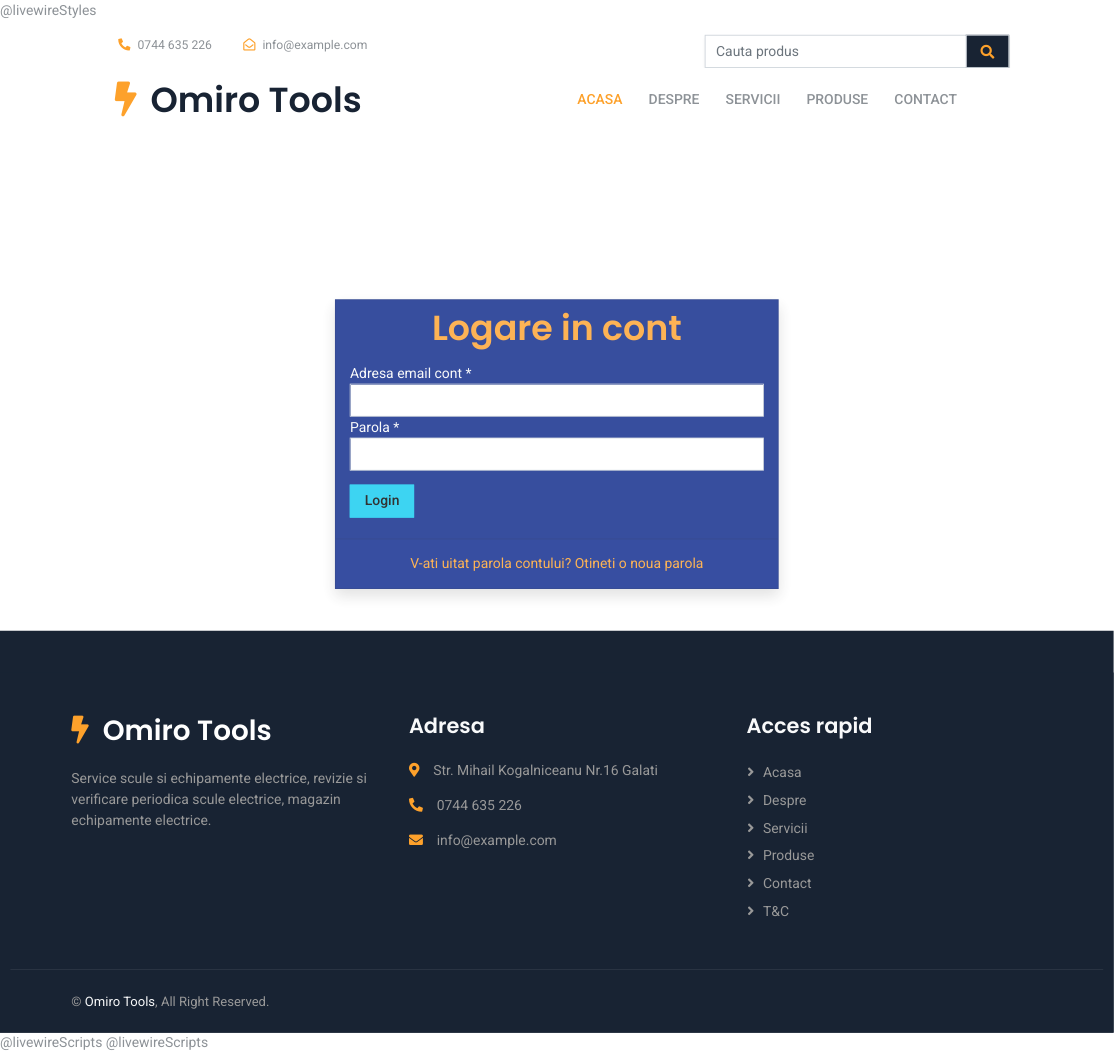
Repository: sorina0109/laravel_test
Page: http://localhost/login
These files come from the project's save history. The page is drawn as it stood at one moment and after the next save; the edit follows.
The browser window is 1280 px wide. The pictures show the whole page, at 87% of full size.
Some web libraries are served in a nearby version. The page is served by the project's Laravel application, run on PHP 8.4 with Laravel 10.

Above is the page before, as saved 2023-08-15 14:53:50.

After the next save:
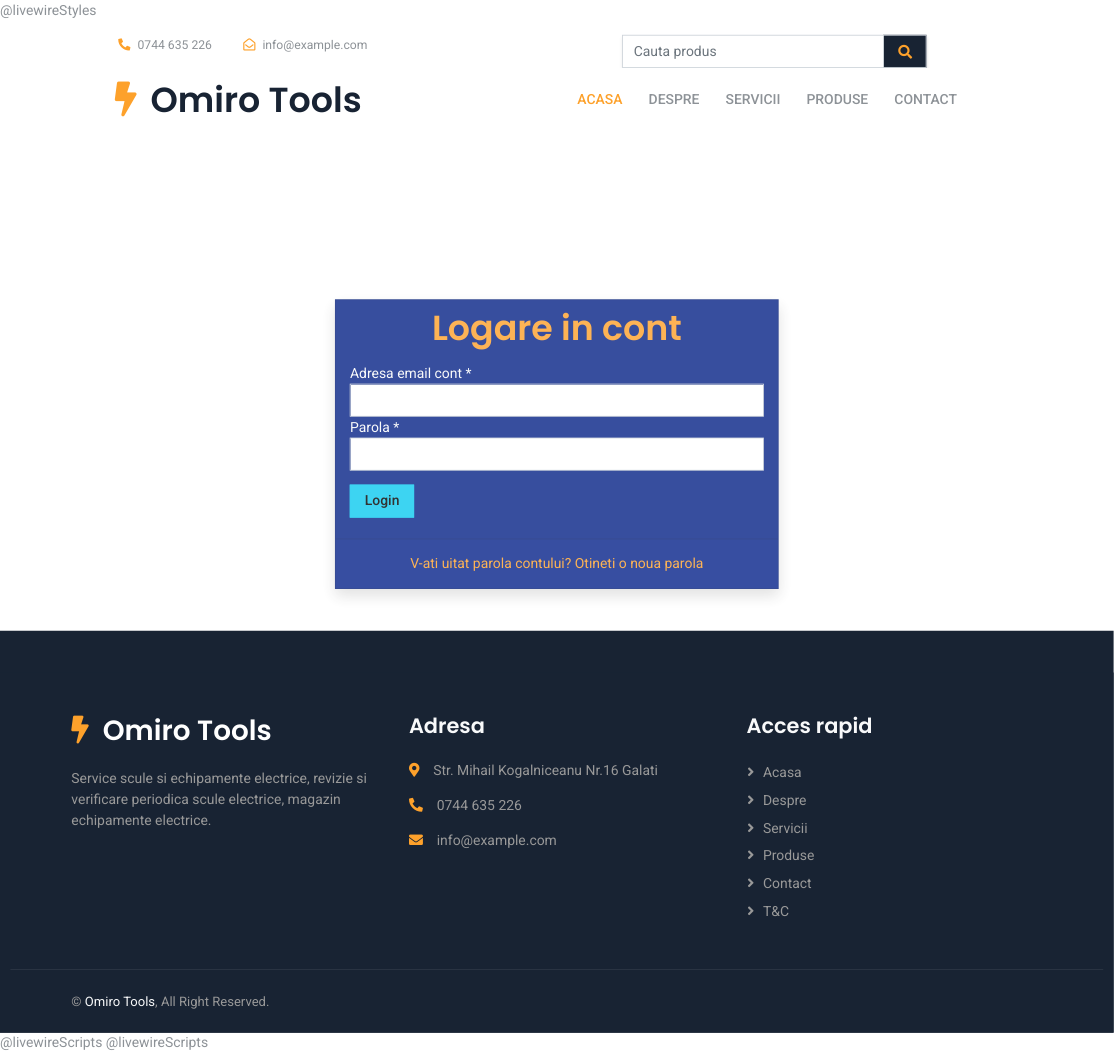
Saved 60 s later.
--- a/resources/views/front/partials/topbar.blade.php
+++ b/resources/views/front/partials/topbar.blade.php
@@ -15,7 +15,7 @@
                 <small>Luni - Vineri : 08.30 - 17.30</small>
             </div>
         </div>
-        <div class="col-lg-6 d-none d-lg-block text-end px-xl-5 pt-3" >
+        <div class="col-lg-5 d-none d-lg-block text-end px-xl-5 pt-3" >
             <form style="display: inline-block;" action="{{ route('search') }}" method="GET" id="search-bar">
                 <div class="input-group shadow-sm " style="width: 350px;">
                     <input name="search_product" type="text" class="form-control " placeholder="Cauta produs" >
